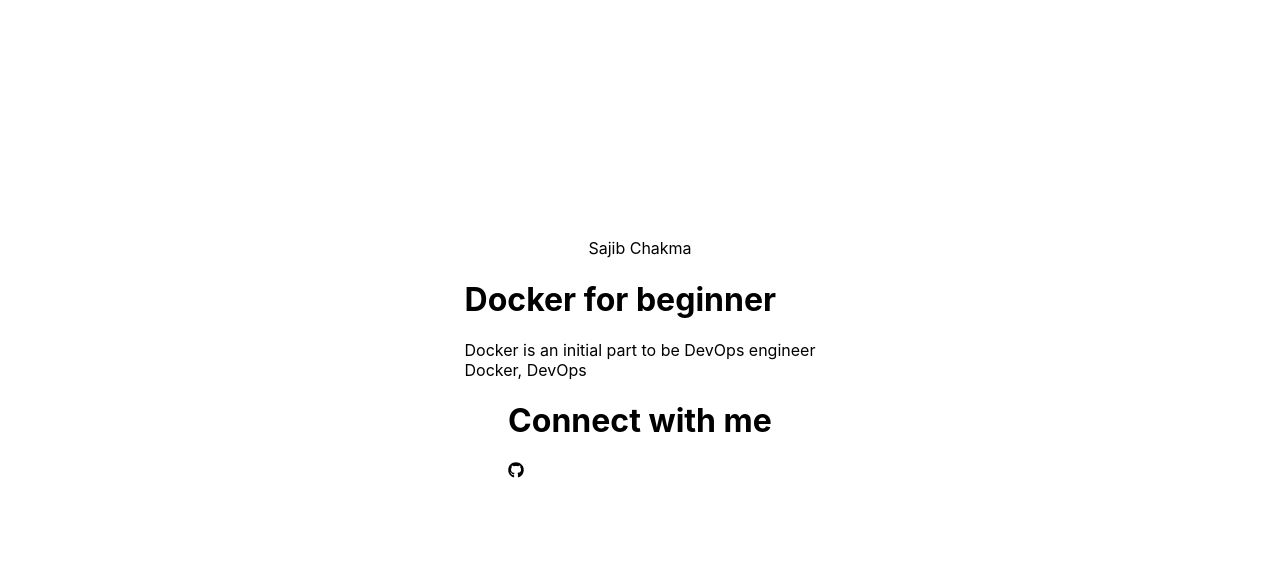
Repository: ChakmaSajib/sajibchakma
Page: /
The author's editor kept a copy of each file at every save. The page is drawn from the files as they stood at one save, then again after the next save.
The browser window is 1280 px wide. The pictures show the whole page.
The project was rebuilt for these pictures with package versions that can differ from the ones it lists, and the page was loaded fresh each time. The framework's server and built-in components were replaced by stand-ins that run in the browser. Also part of the build but not shown: next.config.js.

Above is the page before, as saved 2022-08-28 21:52:30.

### pages/index.tsx
import type { NextPage } from 'next'
import Head from 'next/head'
import { FaGithub } from 'react-icons/fa';

import { Article, BioData, Contact} from '../components';
import styles from '../styles/Home.module.css'

const Home: NextPage = () => {
  return (
    <div className={styles.container}>
      <Head>
        <title>Sajib Chakma personal website</title>
        <meta name="description" content="Sajib Chakma personal website" />
      </Head>

      <main className={styles.main}>
        <BioData message = "Sajib Chakma" />
        <Article title = "Docker for beginner" description=' Docker is an initial part to be DevOps engineer' tag = "Docker, DevOps"/>
        <Contact title= "Connect with me" mediumName='Github' link="https://github.com/ChakmaSajib" iconComponent={<FaGithub/>}/>
      </main>

    </div>
  )
}

export default Home

### components/index.ts
export { default as Article } from './Article';
export { default as BioData } from './BioData';
export { default as Contact } from  './Contact';

### components/Article.tsx
import React from 'react'

type AppProps = {
    title: string,
    description: string
    tag: string
}


const Article = ({ title, description, tag} : AppProps) : JSX.Element => (
    <div>
        <h1>{title}</h1>
        <article>{description}</article>
        <span>{tag}</span>
    </div>
)

export default Article;

### components/BioData.tsx
import React from 'react'

type AppProps =  {
    message: string
}

const BioData = ({ message } : AppProps) : JSX.Element => (
    <div>{message}</div>
)

export default BioData;

### components/Contact.tsx
import Image from 'next/image';
import Link from 'next/link';
import React, { ReactNode } from 'react'

type AppProps=  {
    title: string;
    mediumName: string;
    link: string;
    iconComponent: React.ReactNode
}

const Contact = ({ title, mediumName, link, iconComponent } : AppProps ) : JSX.Element => (
    <div>
        <h1>{title}</h1>
        <Link href={link}>
        {iconComponent}
        </Link>
    </div>
)

export default Contact;

Loaded but not shown: pages/_app.tsx (common file); styles/globals.css (common file); styles/Home.module.css (common file)

After the next save:
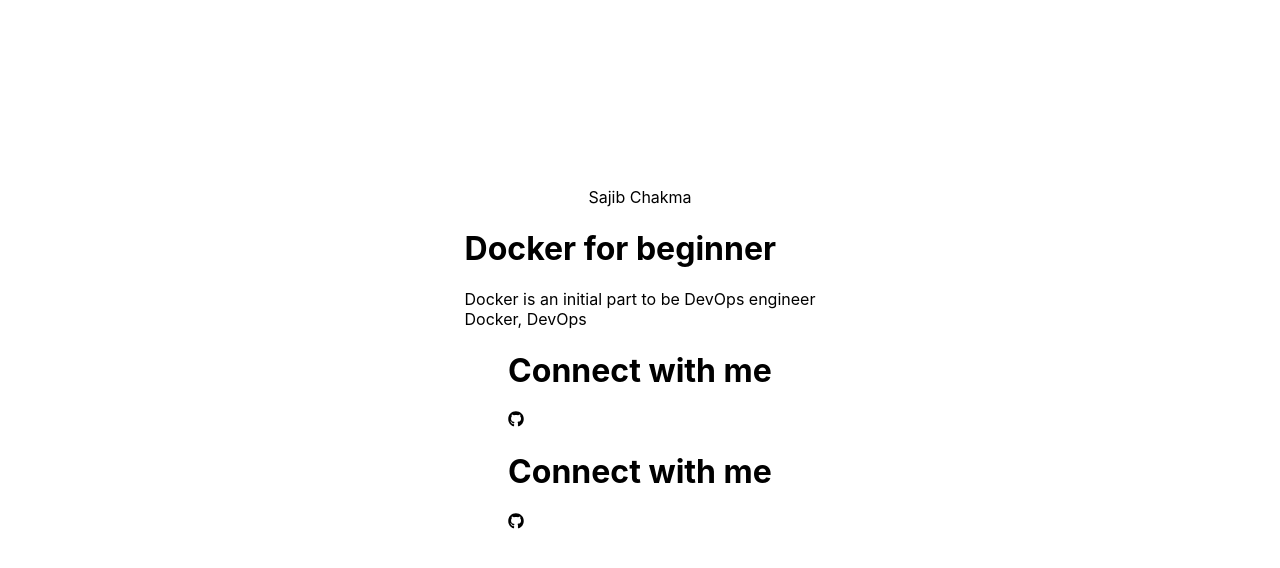
Saved 2 min 44 s later.
--- a/pages/index.tsx
+++ b/pages/index.tsx
@@ -17,6 +17,7 @@
         <BioData message = "Sajib Chakma" />
         <Article title = "Docker for beginner" description=' Docker is an initial part to be DevOps engineer' tag = "Docker, DevOps"/>
         <Contact title= "Connect with me" mediumName='Github' link="https://github.com/ChakmaSajib" iconComponent={<FaGithub/>}/>
+        <Contact title= "Connect with me" mediumName='Github' link="https://github.com/ChakmaSajib" iconComponent={<FaGithub/>}/>
       </main>
 
     </div>
